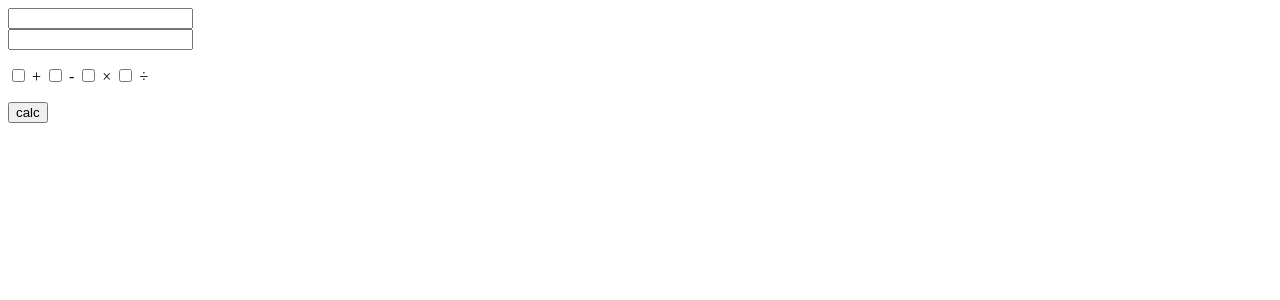
Repository: 9re9ori0426/Bootcamp
Page: webws/03_InputOutput/src/main/webapp/calc2.html
An editor plug-in stored every save of this project. The page is shown before and after the next save, followed by the edit.
The browser window is 1280 px wide. The pictures show the whole page.

Above is the page before, as saved 2026-10-20 06:37:36.

### webws/03_InputOutput/src/main/webapp/calc2.html
<!DOCTYPE html>
<html>
<head>
<meta charset="UTF-8">
<title>Insert title here</title>
<style>
test {
	display: flex;
	justify-content: 'spacebetween'
}
</style>

</head>
<body>
	<form action="Calc2">
		<input name="x"> <br> <input name="y">
		<p>
			<input type="checkbox" name="operator" value="plus"> + <input type="checkbox" name="operator" value="minus"> -
			<input type="checkbox" name="operator" value="multiply"> × <input type="checkbox" name="operator" value="divide"> ÷
		</p>
		<button>calc</button>
	</form>

</body>
</html>

After the next save:
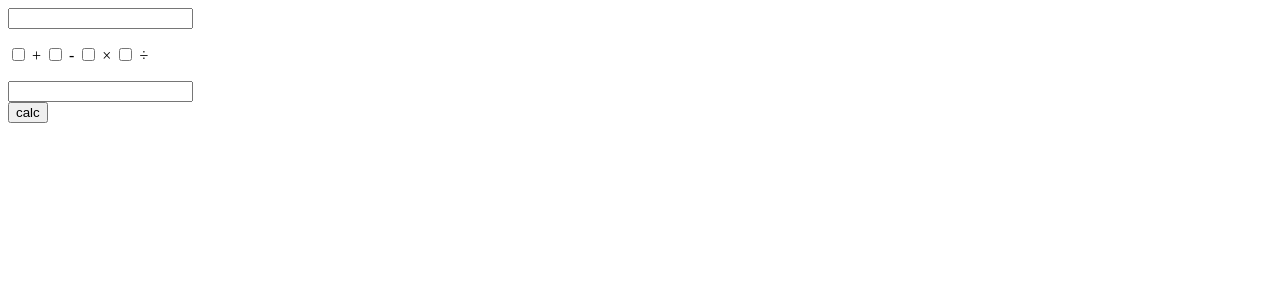
Saved 69 s later.
--- a/webws/03_InputOutput/src/main/webapp/calc2.html
+++ b/webws/03_InputOutput/src/main/webapp/calc2.html
@@ -13,11 +13,12 @@ test {
 </head>
 <body>
 	<form action="Calc2">
-		<input name="x"> <br> <input name="y">
+		<input name="x"> <br>
 		<p>
 			<input type="checkbox" name="operator" value="plus"> + <input type="checkbox" name="operator" value="minus"> -
 			<input type="checkbox" name="operator" value="multiply"> × <input type="checkbox" name="operator" value="divide"> ÷
 		</p>
+		 <input name="y"> <br>
 		<button>calc</button>
 	</form>
 
